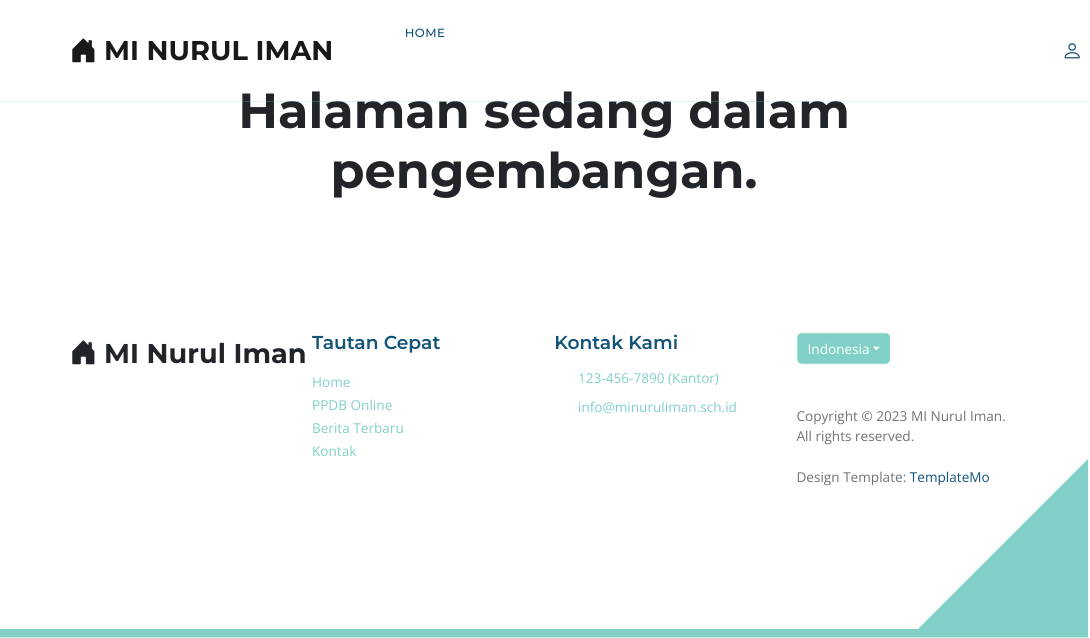
Repository: MKennyChaniago/sekolah-mi-nurul-iman
Page: http://localhost/profil/sejarah
An editor plug-in stored every save of this project. The page is shown before and after the next save, followed by the edit.
The browser window is 1280 px wide. The page is 1282 px wide, so the pictures cover 1282 px, including what lies to the right of the window. The pictures show the whole page, at 85% of full size.
The page is served by the project's Laravel application, run on PHP 8.4 with Laravel 12. Other server files are loaded and not shown.

Above is the page before, as saved 2025-11-24 08:44:26.
Console error: TypeError: Cannot read properties of undefined (reading 'top')

### routes/web.php
<?php

use Illuminate\Support\Facades\Route;
use App\Http\Controllers\HomeController;
// Anda mungkin akan membuat Controller baru, contohnya:
// use App\Http\Controllers\ProfileController;

// --- A. ROUTE FRONTEND (MI NURUL IMAN) ---

// 1. HOME
Route::get('/', [HomeController::class, 'index'])->name('home');

// 2. PROFIL (Menggunakan grup untuk submenu)
Route::prefix('profil')->group(function () {
    Route::get('/sejarah', function () { return view('profil.sejarah'); })->name('profil.sejarah');
    Route::get('/visi-misi', function () { return view('profil.visi_misi'); })->name('profil.visi_misi');
    Route::get('/struktur-organisasi', function () { return view('profil.struktur'); })->name('profil.struktur');
});

// 3. KESISWAAN
Route::get('/kesiswaan', function () { return view('kesiswaan.index'); })->name('kesiswaan');

// 4. BERITA & ARTIKEL
// Listing Berita Utama
Route::get('/berita', function () { return view('berita.listing'); })->name('berita.listing');
// Detail Berita dengan parameter dinamis (slug)
Route::get('/berita/{slug}', function ($slug) { return view('berita.detail', compact('slug')); })->name('berita.detail');

// 5. AKADEMIK (Menggunakan grup untuk submenu)
Route::prefix('akademik')->group(function () {
    Route::get('/kurikulum', function () { return view('akademik.kurikulum'); })->name('akademik.kurikulum');
    Route::get('/guru-staff', function () { return view('akademik.guru_staff'); })->name('akademik.guru_staff');
    Route::get('/produk-hukum', function () { return view('akademik.produk_hukum'); })->name('akademik.produk_hukum');
});

// 6. GALERI
Route::get('/galeri', function () { return view('galeri.index'); })->name('galeri');

// 7. KONTAK MANDIRI (Formulir Kontak)
Route::get('/kontak', function () { return view('kontak'); })->name('kontak');


// --- B. ROUTE BACKEND (ADMIN) ---

// 8. ADMIN LOGIN
Route::get('/admin/login', function () {
    return view('admin.login');
})->name('admin.login');

### resources/views/profil/sejarah.blade.php
@extends('layouts.frontend')
@section('title', 'Nama Halaman Disini')
@section('content')
    <div class="container py-5 mt-5">
        <h1 class="text-center">Halaman sedang dalam pengembangan.</h1>
    </div>
@endsection

### resources/views/layouts/frontend.blade.php
<!doctype html>
<html lang="id">
    <head>
        <meta charset="utf-8">
        <meta name="viewport" content="width=device-width, initial-scale=1">

        <meta name="description" content="Website Resmi Madrasah Ibtidaiyah Nurul Iman. Informasi PPDB, Kurikulum, dan Kegiatan Siswa.">
        <meta name="author" content="MI Nurul Iman Developer Team">

        <title>MI Nurul Iman | @yield('title', 'Beranda')</title>

        <link rel="preconnect" href="https://fonts.googleapis.com">
        <link rel="preconnect" href="https://fonts.gstatic.com" crossorigin>

        <link href="https://fonts.googleapis.com/css2?family=Montserrat:wght@500;600;700&family=Open+Sans&display=swap" rel="stylesheet">

        <link href="{{ asset('css/bootstrap.min.css') }}" rel="stylesheet">
        <link href="{{ asset('css/bootstrap-icons.css') }}" rel="stylesheet">
        <link href="{{ asset('css/templatemo-topic-listing.css') }}" rel="stylesheet">

        @yield('styles')
    </head>

    <body id="top">

        <main>

            <nav class="navbar navbar-expand-lg">
                <div class="container">
                    <a class="navbar-brand" href="{{ route('home') }}">
                        <i class="bi-house-door-fill"></i>
                        <span>MI NURUL IMAN</span>
                    </a>

                    <div class="d-lg-none ms-auto me-4">
                        <a href="{{ route('admin.login') }}" class="navbar-icon bi-person smoothscroll" title="Login Admin"></a>
                    </div>

                    <button class="navbar-toggler" type="button" data-bs-toggle="collapse" data-bs-target="#navbarNav" aria-controls="navbarNav" aria-expanded="false" aria-label="Toggle navigation">
                        <span class="navbar-toggler-icon"></span>
                    </button>

                    <div class="collapse navbar-collapse" id="navbarNav">
                        <ul class="navbar-nav ms-lg-5 me-lg-auto">

                            <li class="nav-item">
                                <a class="nav-link click-scroll" href="{{ route('home') }}">HOME</a>
                            </li>

                            <li class="nav-item dropdown">
                                <a class="nav-link dropdown-toggle" href="#" id="profilDropdown" role="button" data-bs-toggle="dropdown" aria-expanded="false">PROFIL</a>
                                <ul class="dropdown-menu dropdown-menu-light" aria-labelledby="profilDropdown">
                                    <li><a class="dropdown-item" href="{{ route('profil.sejarah') }}">Sejarah Madrasah</a></li>
                                    <li><a class="dropdown-item" href="{{ route('profil.visi_misi') }}">Visi & Misi</a></li>
                                    <li><a class="dropdown-item" href="{{ route('profil.struktur') }}">Struktur Organisasi</a></li>
                                </ul>
                            </li>

                            <li class="nav-item">
                                <a class="nav-link click-scroll" href="{{ route('kesiswaan') }}">KESISWAAN</a>
                            </li>

                            <li class="nav-item">
                                <a class="nav-link click-scroll" href="{{ route('berita.listing') }}">BERITA & ARTIKEL</a>
                            </li>

                            <li class="nav-item dropdown">
                                <a class="nav-link dropdown-toggle" href="#" id="akademikDropdown" role="button" data-bs-toggle="dropdown" aria-expanded="false">AKADEMIK</a>
                                <ul class="dropdown-menu dropdown-menu-light" aria-labelledby="akademikDropdown">
                                    <li><a class="dropdown-item" href="{{ route('akademik.kurikulum') }}">Kurikulum</a></li>
                                    <li><a class="dropdown-item" href="{{ route('akademik.guru_staff') }}">Guru & Staff</a></li>
                                    <li><a class="dropdown-item" href="{{ route('akademik.produk_hukum') }}">Produk Hukum</a></li>
                                </ul>
                            </li>

                            <li class="nav-item">
                                <a class="nav-link click-scroll" href="{{ route('galeri') }}">GALERI</a>
                            </li>

                            <li class="nav-item">
                                <a class="nav-link click-scroll" href="{{ route('kontak') }}">KONTAK</a>
                            </li>

                        </ul>

                        <div class="d-none d-lg-block">
                            <a href="{{ route('admin.login') }}" class="navbar-icon bi-person smoothscroll" title="Login Admin"></a>
                        </div>
                    </div>
                </div>
            </nav>
            @yield('content')


        </main>

        <footer class="site-footer section-padding">
            <div class="container">
                <div class="row">

                    <div class="col-lg-3 col-12 mb-4 pb-2">
                        <a class="navbar-brand mb-2" href="{{ route('home') }}">
                            <i class="bi-house-door-fill"></i>
                            <span>MI Nurul Iman</span>
                        </a>
                        <p class="text-white-50 mt-3">Jl. Nama Jalan Sekolah Anda, Kota Anda.</p>
                        <p class="text-white-50">Email: info@minuruliman.sch.id</p>
                    </div>

                    <div class="col-lg-3 col-md-4 col-6">
                        <h6 class="site-footer-title mb-3">Tautan Cepat</h6>
                        <ul class="site-footer-links">
                            <li class="site-footer-link-item"><a href="{{ route('home') }}" class="site-footer-link">Home</a></li>
                            <li class="site-footer-link-item"><a href="#" class="site-footer-link">PPDB Online</a></li>
                            <li class="site-footer-link-item"><a href="#berita-artikel" class="site-footer-link">Berita Terbaru</a></li>
                            <li class="site-footer-link-item"><a href="#contact-section" class="site-footer-link">Kontak</a></li>
                        </ul>
                    </div>

                    <div class="col-lg-3 col-md-4 col-6 mb-4 mb-lg-0">
                        <h6 class="site-footer-title mb-3">Kontak Kami</h6>
                        <p class="text-white d-flex mb-1">
                            <i class="bi-telephone me-2"></i>
                            <a href="tel: 123-456-7890" class="site-footer-link">123-456-7890 (Kantor)</a>
                        </p>
                        <p class="text-white d-flex">
                            <i class="bi-envelope me-2"></i>
                            <a href="mailto:info@minuruliman.sch.id" class="site-footer-link">info@minuruliman.sch.id</a>
                        </p>
                    </div>

                    <div class="col-lg-3 col-md-4 col-12 mt-4 mt-lg-0 ms-auto">
                        <div class="dropdown">
                            <button class="btn btn-secondary dropdown-toggle" type="button" data-bs-toggle="dropdown" aria-expanded="false">
                            Indonesia</button>
                            <ul class="dropdown-menu">
                                <li><button class="dropdown-item" type="button">English</button></li>
                            </ul>
                        </div>

                        <p class="copyright-text mt-lg-5 mt-4">Copyright © {{ date('Y') }} MI Nurul Iman. All rights reserved.
                        <br><br>Design Template: <a rel="nofollow" href="https://templatemo.com" target="_blank">TemplateMo</a></p>

                    </div>

                </div>
            </div>
        </footer>


        <script src="{{ asset('js/jquery.min.js') }}"></script>
        <script src="{{ asset('js/bootstrap.bundle.min.js') }}"></script>
        <script src="{{ asset('js/jquery.sticky.js') }}"></script>
        <script src="{{ asset('js/click-scroll.js') }}"></script>
        <script src="{{ asset('js/custom.js') }}"></script>

        @yield('scripts')
    </body>
</html>

Loaded but not shown: public/css/bootstrap.min.css (library); public/css/bootstrap-icons.css (library); public/js/jquery.min.js (library); public/js/bootstrap.bundle.min.js (library); public/js/jquery.sticky.js (library); public/js/custom.js (51 lines, source omitted); public/js/click-scroll.js (37 lines, source omitted); public/css/templatemo-topic-listing.css (1154 lines, source omitted)

After the next save:
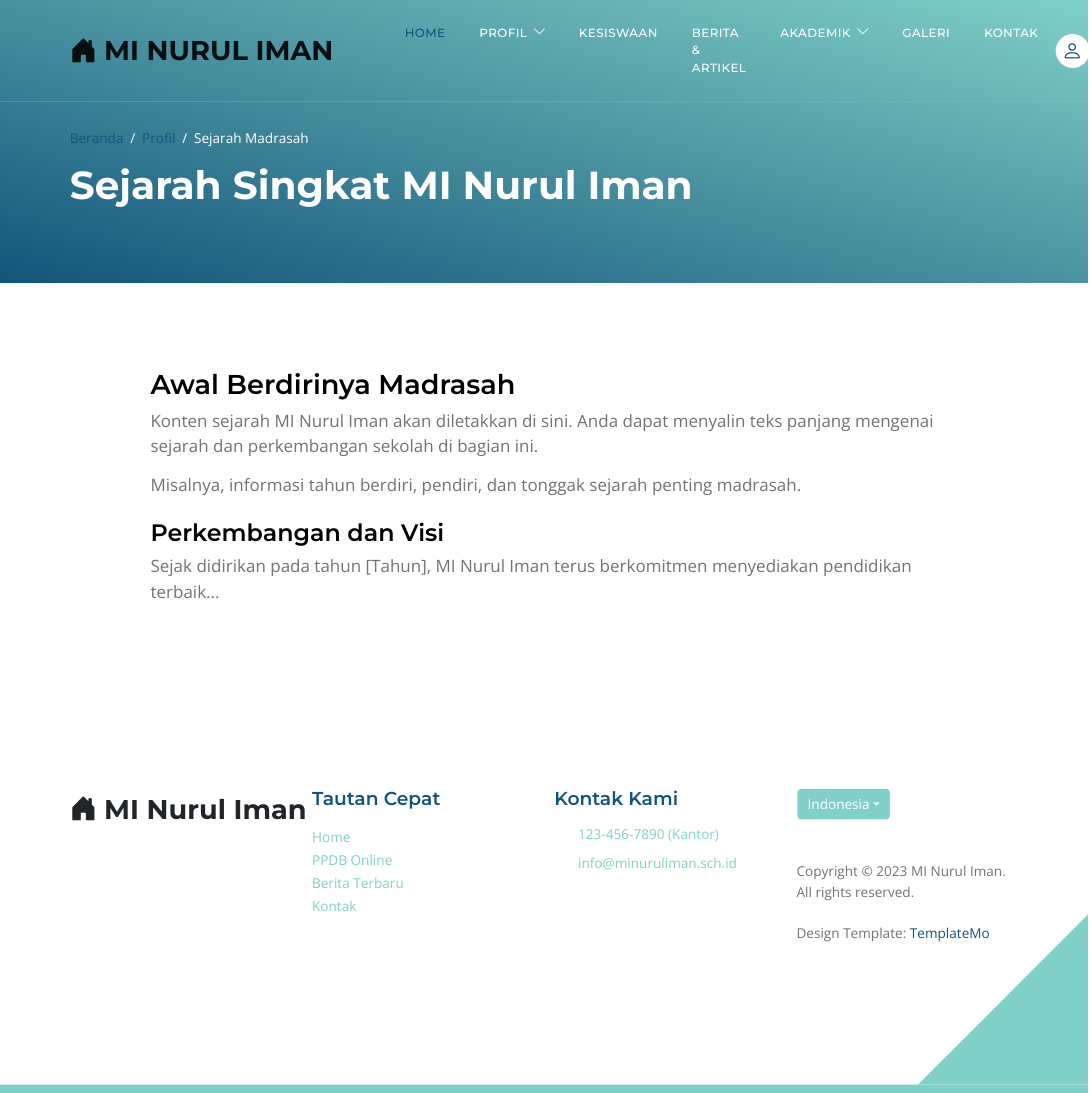
Saved 2 min 50 s later.
--- a/resources/views/profil/sejarah.blade.php
+++ b/resources/views/profil/sejarah.blade.php
@@ -1,7 +1,39 @@
 @extends('layouts.frontend')
-@section('title', 'Nama Halaman Disini')
+
+@section('title', 'Sejarah Madrasah')
+
 @section('content')
-    <div class="container py-5 mt-5">
-        <h1 class="text-center">Halaman sedang dalam pengembangan.</h1>
-    </div>
+    <header class="site-header d-flex flex-column justify-content-center align-items-center">
+        <div class="container">
+            <div class="row align-items-center">
+                <div class="col-lg-8 col-12">
+                    <nav aria-label="breadcrumb">
+                        <ol class="breadcrumb">
+                            <li class="breadcrumb-item"><a href="{{ route('home') }}">Beranda</a></li>
+                            <li class="breadcrumb-item"><a href="#">Profil</a></li>
+                            <li class="breadcrumb-item active" aria-current="page">Sejarah Madrasah</li>
+                        </ol>
+                    </nav>
+                    <h2 class="text-white">Sejarah Singkat MI Nurul Iman</h2>
+                </div>
+            </div>
+        </div>
+    </header>
+
+    <section class="section-padding">
+        <div class="container">
+            <div class="row">
+                <div class="col-lg-10 col-12 mx-auto">
+                    <h3>Awal Berdirinya Madrasah</h3>
+                    <p>Konten sejarah MI Nurul Iman akan diletakkan di sini. Anda dapat menyalin teks panjang mengenai sejarah dan perkembangan sekolah di bagian ini.</p>
+                    <p>Misalnya, informasi tahun berdiri, pendiri, dan tonggak sejarah penting madrasah.</p>
+
+                    <h4 class="mt-4">Perkembangan dan Visi</h4>
+                    <p>Sejak didirikan pada tahun [Tahun], MI Nurul Iman terus berkomitmen menyediakan pendidikan terbaik...</p>
+
+                    </div>
+            </div>
+        </div>
+    </section>
+
 @endsection
